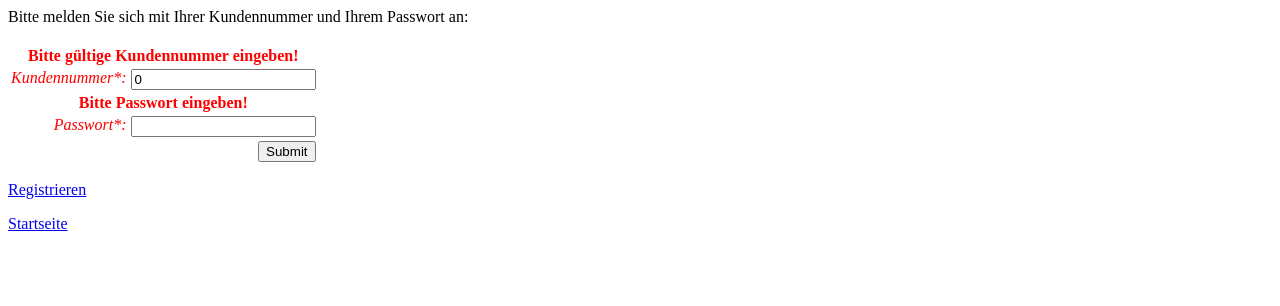
Repository: exic/VIS-Labor
Page: http://localhost/vislabor/user_login.action
These files come from the project's save history. The page is drawn as it stood at one moment and after the next save; the edit follows.
The browser window is 1280 px wide. The pictures show the whole page.
The page is served by Tomcat 9. Other server files are loaded and not shown.

Above is the page before, as saved 2011-05-14 16:15:16.

### workspace/vislabor/WebContent/pages/LoginUser.jsp
<%@ page contentType="text/html; charset=UTF-8"%>
<!DOCTYPE html PUBLIC "-//W3C//DTD HTML 4.01 Transitional//EN" "http://www.w3.org/TR/html4/loose.dtd">
<%@ taglib prefix="s" uri="/struts-tags"  %>

<html>
<head>
<meta http-equiv="Content-Type" content="text/html; charset=ISO-8859-1">
<title>Login</title>
	<s:head/>
</head>
<body>

	<s:text name="Bitte melden Sie sich mit Ihrer Kundennummer und Ihrem Passwort an:" />

	<s:form action="user_login">
		<s:textfield name="id" label="Kundennummer" size="20" required="true"/>
		<s:password name="password" label="Passwort" size="20" required="true"/><br>

		<s:submit />
	</s:form>

	 <font color="red">
	 	<s:actionerror label="label" />
	 </font>

	 <p><a href="<s:url action="forward_to_register"/>">Registrieren</a> </p>
	 <p><a href="<s:url action="forward_to_home"/>">Startseite</a> </p>

 </body>
</html>

After the next save:
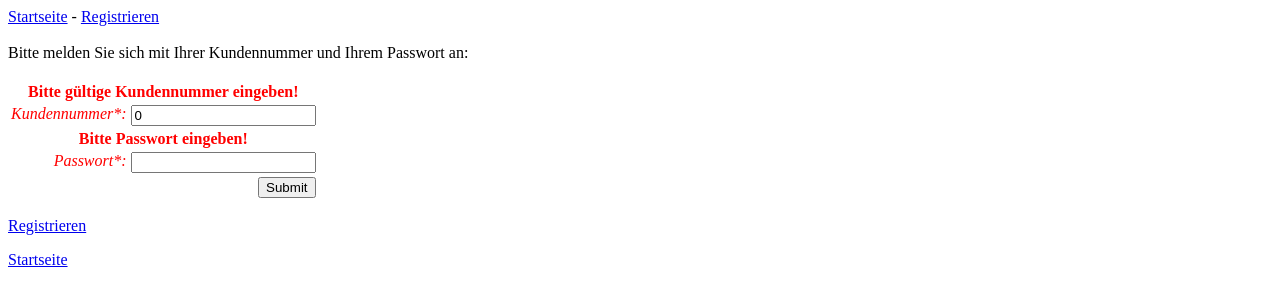
Saved 79 s later.
--- a/workspace/vislabor/WebContent/pages/LoginUser.jsp
+++ b/workspace/vislabor/WebContent/pages/LoginUser.jsp
@@ -9,6 +9,9 @@
 	<s:head/>
 </head>
 <body>
+	<a href="<s:url action="forward_to_home"/>">Startseite</a> -
+	<a href="<s:url action="forward_to_register"/>">Registrieren</a>
+	<br /><br />
 
 	<s:text name="Bitte melden Sie sich mit Ihrer Kundennummer und Ihrem Passwort an:" />
 
